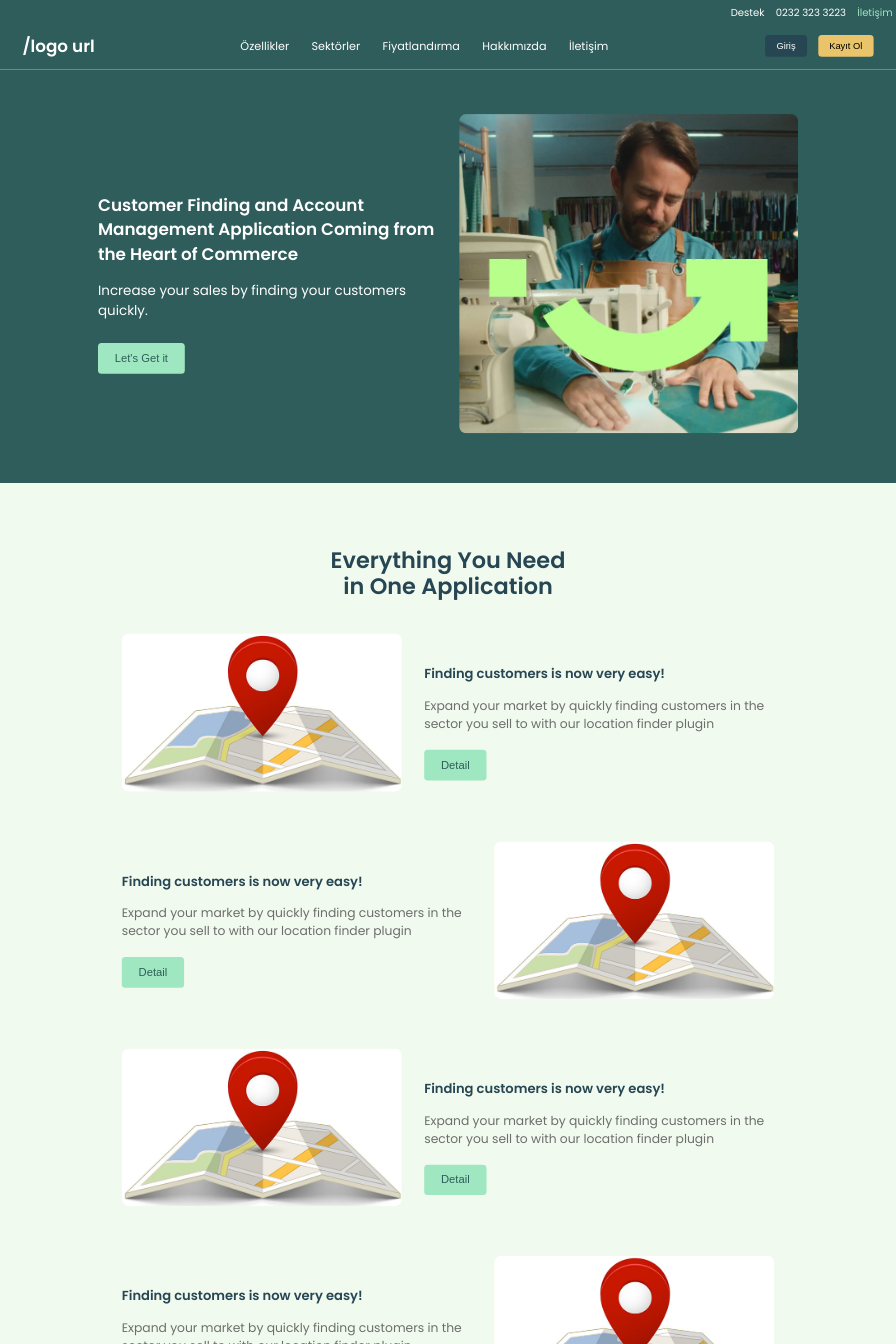
Repository: senolinanyasar/myrouteapplication
Page: /
The author's editor kept a copy of each file at every save. The page is drawn from the files as they stood at one save, then again after the next save.
The browser window is 1280 px wide. The pictures show the part of the page from y = 0 to 1920 px (the page is 3697 px tall before and 3720 px after), at 70% of full size.
The project was rebuilt for these pictures with package versions that can differ from the ones it lists, and the page was loaded fresh each time. Also part of the build but not shown: vite.config.js.

Above is the page before, as saved 2024-11-14 20:53:58.

After the next save:
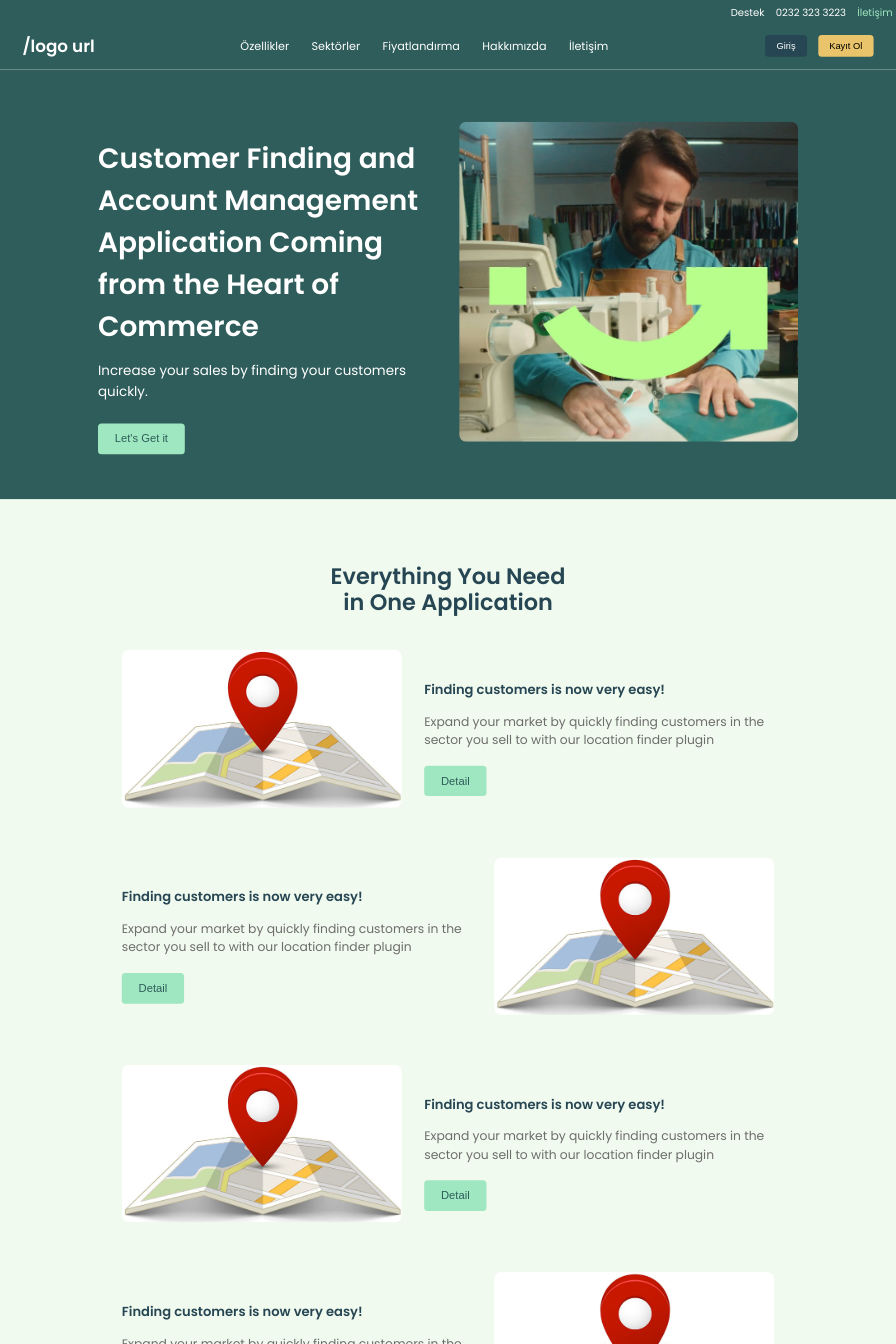
Saved 46 s later.
--- a/src/components/HeroSection.js
+++ b/src/components/HeroSection.js
@@ -8,7 +8,7 @@ const HeroSection = () =>{
         <section className="hero">
             <div className='hero-content'>
                 <div className='hero-text'>
-                    <h1>Customer Finding and Account Management Application Coming from the Heart of Commerce</h1>
+                    <h2>Customer Finding and Account Management Application Coming from the Heart of Commerce</h2>
                     <p>Increase your sales by finding your customers quickly.</p>
                     <button className='cta-button'>Let's Get it</button>
                 </div>
